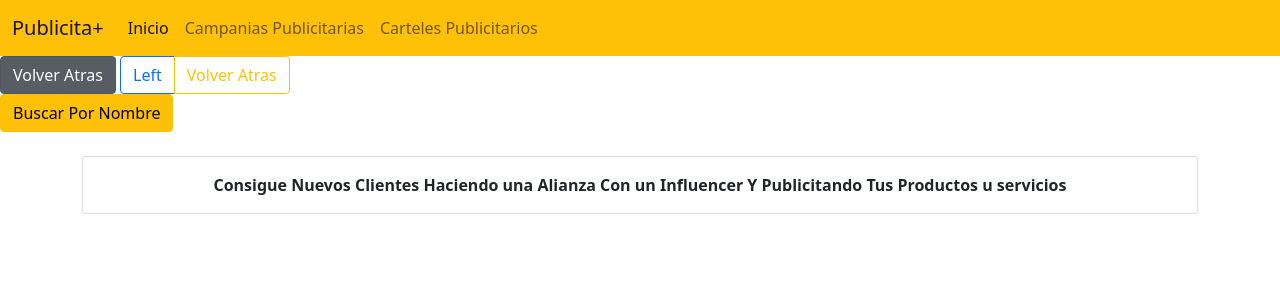
Repository: programador23/PublicitaMasWebVersionFinal
Page: http://localhost/listapublicidadgeneral
These files come from the project's save history. The page is drawn as it stood at one moment and after the next save; the edit follows.
The browser window is 1280 px wide. The pictures show the whole page.
The page is this project's Thymeleaf template; nobody is signed in. The template is opened directly, without the code that normally fills it, so the values that code supplies are empty.

Above is the page before, as saved 2021-07-06 01:10:57.

### PublicitaMasWeb-master/src/main/resources/templates/listapublicidadgeneral.html
<!DOCTYPE html>
<html xmlns:th="http://www.thymeLeaf.org">
<head>
<meta charset="ISO-8859-1">
<title>Lista de campanias</title>
<link
	href="https://cdn.jsdelivr.net/npm/bootstrap@5.0.0-beta2/dist/css/bootstrap.min.css"
	rel="stylesheet"
	integrity="sha384-BmbxuPwQa2lc/FVzBcNJ7UAyJxM6wuqIj61tLrc4wSX0szH/Ev+nYRRuWlolflfl"
	crossorigin="anonymous">

<script src="https://cdn.jsdelivr.net/npm/bootstrap@5.0.2/dist/js/bootstrap.bundle.min.js" integrity="sha384-MrcW6ZMFYlzcLA8Nl+NtUVF0sA7MsXsP1UyJoMp4YLEuNSfAP+JcXn/tWtIaxVXM" crossorigin="anonymous"></script>

</head>
<header>
	<nav class="navbar navbar-expand-lg navbar-light bg-warning">
		<div class="container-fluid">
			<a class="navbar-brand" href="#">Publicita+</a>
			<button class="navbar-toggler" type="button" data-bs-toggle="collapse" data-bs-target="#navbarNavAltMarkup"
				aria-controls="navbarNavAltMarkup" aria-expanded="false" aria-label="Toggle navigation">
				<span class="navbar-toggler-icon"></span>
			</button>
			<div class="collapse navbar-collapse" id="navbarNavAltMarkup">
				<div class="navbar-nav">
					<a class="nav-link active" aria-current="page" href="/index">Inicio</a>
					<a class="nav-link" href="/listarPublicidad">Campanias Publicitarias</a>
					<a class="nav-link" href="/listacarteles">Carteles Publicitarios</a>



				</div>
			</div>
		</div>
	</nav>
</header>

<body>
<div class="btn-group">
  <a href="javascript:history.back()" class="btn btn-secondary active" aria-current="page">Volver Atras</a>
</div>

<div class="btn-group" role="group" aria-label="Basic outlined example">
  <button type="button" class="btn btn-outline-primary">Left</button>
<a href="javascript:history.back()" class="btn btn-outline-warning" aria-current="page">Volver Atras</a>
</div>




<br>
<a th:href="@{/listanombre}"Class="btn btn-warning">Buscar Por Nombre</a>


<div class="container mt-4">

<div class="card">
  <div class="card-body text-center" >
    <b>Consigue Nuevos Clientes Haciendo una Alianza Con un Influencer Y Publicitando Tus Productos u servicios </b>
  </div>
</div>
<br>

<div class="row">
 <td th:each="campaniapublicitaria:${campaniapublicitaria}">
<div class="card" style="width: 18rem;">
  <div class="card-body">
  <div class="thumbnail">
  <img  th:src="@{'/recursos/' + ${campaniapublicitaria.image}}" class="card-img-top" alt="" >
  </div>
    <h5 class="card-title" th:text="${campaniapublicitaria.nombre} ">Card title</h5>
    Duracion de la campania<p class="card-text" th:text="${campaniapublicitaria.duracion}"></p>
    Pago<p class="card-text" th:text="${campaniapublicitaria.valor}"></p>
    <a th:href="@{detalle/}+${campaniapublicitaria.id}" class="btn btn-warning">Ver Publicacion</a>
  </div>

</div>
<br>
</td>
</div>
</div>





</body>
</html>

After the next save:
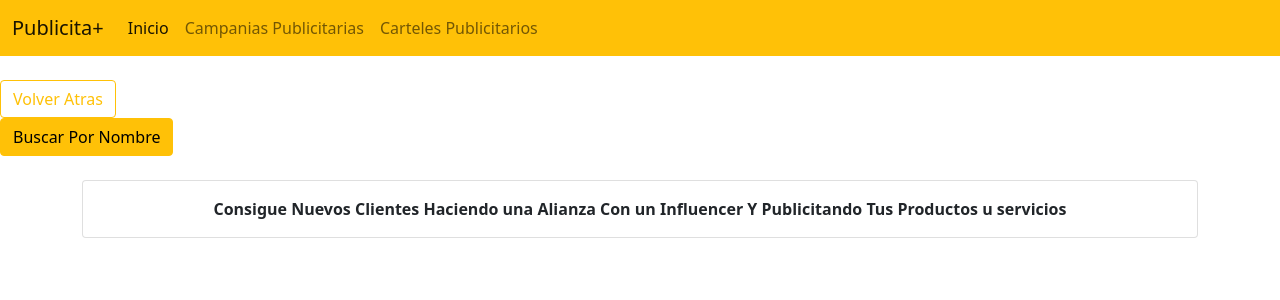
Saved 45 s later.
--- a/PublicitaMasWeb-master/src/main/resources/templates/listapublicidadgeneral.html
+++ b/PublicitaMasWeb-master/src/main/resources/templates/listapublicidadgeneral.html
@@ -35,12 +35,8 @@
 </header>
 
 <body>
-<div class="btn-group">
-  <a href="javascript:history.back()" class="btn btn-secondary active" aria-current="page">Volver Atras</a>
-</div>
-
+<br>
 <div class="btn-group" role="group" aria-label="Basic outlined example">
-  <button type="button" class="btn btn-outline-primary">Left</button>
 <a href="javascript:history.back()" class="btn btn-outline-warning" aria-current="page">Volver Atras</a>
 </div>
 
